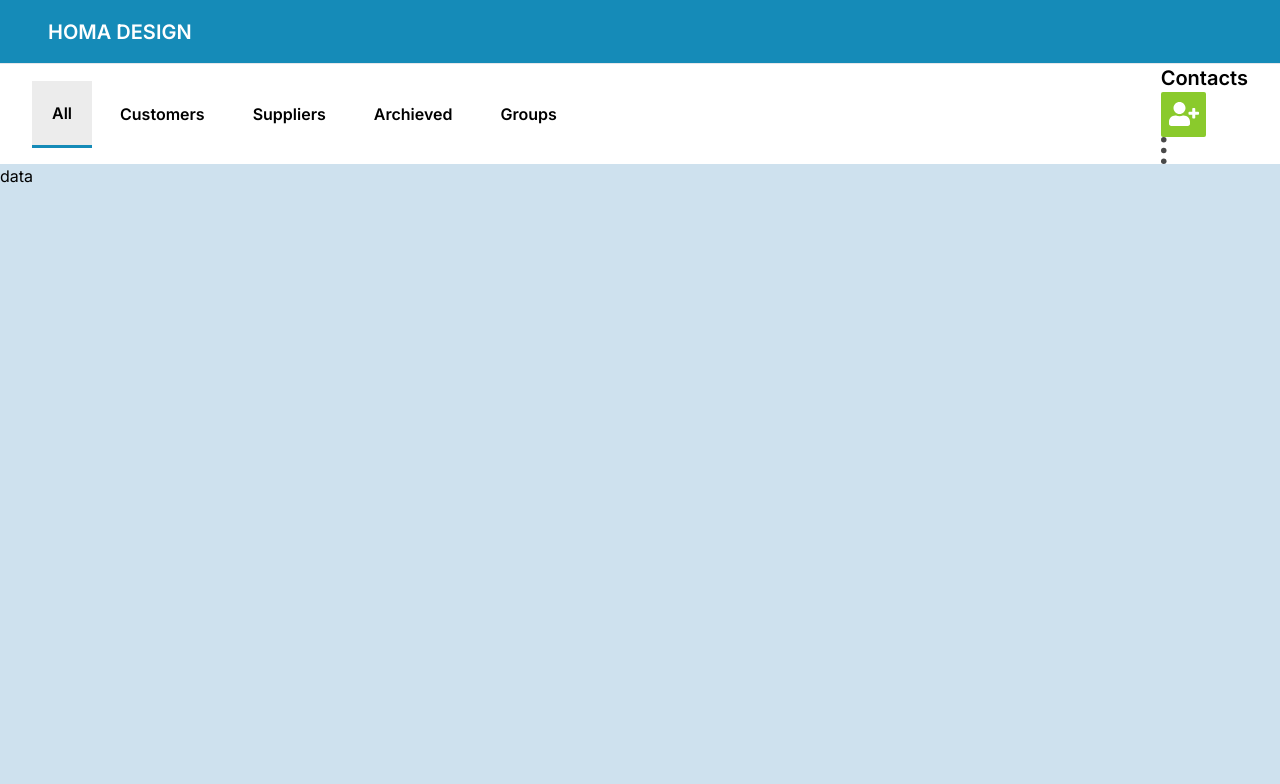
Repository: khairul35/homa-FE
Page: /contact
These files come from the project's save history. The page is drawn as it stood at one moment and after the next save; the edit follows.
The browser window is 1280 px wide. The pictures show the whole page.
The project was rebuilt for these pictures with package versions that can differ from the ones it lists, and the page was loaded fresh each time. The framework's server and built-in components were replaced by stand-ins that run in the browser. Also part of the build but not shown: next.config.js, app/components/layout/header/BusinessMenu.tsx, app/components/layout/header/CompanyMenu.tsx.

Above is the page before, as saved 2024-01-06 09:42:30.

### app/layout.tsx
import type { Metadata } from 'next'
import { Inter } from 'next/font/google'
import Header from './components/layout/Header';
import './globals.css'

const inter = Inter({ subsets: ['latin'] })

export const metadata: Metadata = {
  title: 'MyAccount2U',
  description: 'Accounting System',
}

export default function RootLayout({
  children,
}: {
  children: React.ReactNode
}) {
  return (
    <html lang="en">
      <body className={inter.className}>
        <div className='flex flex-col h-screen'>
          <Header />
          {children}
        </div>
      </body>
    </html>
  )
}

### app/contact/page.tsx
'use client';
import { useState } from 'react';
import { ComponentProps } from './index.props';
import Component from './index.component';

const Contact = () => {
    const [currentTab, setCurrentTab] = useState('all');
    const selectedStyle = {
        backgroundColor: '#ECECEC',
        borderBottom: '3px solid #158BB8',
    };

    const onClickAddContact = () => {

    }

    const componentProps: ComponentProps = {
        currentTab,
        selectedStyle,
        setCurrentTab,
        onClickAddContact
    };

    return (<Component {...componentProps} />)
};

export default Contact;

### app/components/layout/Header.tsx
'use client';

import Link from "next/link";
import BusinessMenu from "./header/BusinessMenu";
import CompanyMenu from "./header/CompanyMenu";
import OrganizationRepository from '@/api/organization';
import { useState, useEffect } from "react";
import { Organization } from "./props";
import { CompanyMenuProps } from "./header/props";

const Header = () => {
    const [organization, setOrganization] = useState<Partial<Organization>>({});
    const [organizations, setOrganizations] = useState<Organization[]>([]);

    const findMyOrganization = async () => {
        const { data } = await OrganizationRepository.findMyOrganization();
        setOrganization(data);
    };

    const findMyOrganizations = async () => {
        const { data } = await OrganizationRepository.findMyOrganizations();
        setOrganizations(data);
    };

    useEffect(() => {
        if (localStorage.getItem('isLogin') == 'true') {
            findMyOrganization();
            findMyOrganizations();
        }
    }, []);

    const companyMenuProps: CompanyMenuProps = {
        organizations,
        organization,
    };

    return (
        localStorage.getItem('isLogin') == 'true' ?
        <div
            className="navbar border-b shadow-black-200"
            style={{ backgroundColor: "#158BB8", color: "#fff" }}
        >
            <div className="navbar-start">
                <div className="dropdown">
                    <label tabIndex={0} className="btn -btn-ghost lg:hidden">
                        <svg
                            xmlns="http:www.w3.org/2000/svg"
                            className="h-5 2-5"
                            fill="none"
                            viewBox="0 0 24 24"
                            stroke="currentColor"
                        >
                            <path
                                strokeLinecap="round"
                                strokeLinejoin="round"
                                strokeWidth="2"
                                d="M4 6h16M4 12h8m-8 6h16"
                            />
                        </svg>
                    </label>
                    <ul
                        tabIndex={0}
                        className="menu menu-sm dropdown-content mt-3 z-[1] p-2 shadow bg-base-100 rounded-box w-52">
                        <li>
                            <Link href="/dashboard">Dashboard</Link>
                        </li>
                        <li>
                            <a>Parent</a>
                            <ul className="p-2">
                                <li><a>Submenu 1</a></li>
                                <li><a>Submenu 2</a></li>
                            </ul>
                        </li>
                        <li>
                            <a>Item 3</a>
                        </li>
                    </ul>
                </div>
                <div className="navbar-center hidden lg:flex">
                    <ul className="menu menu-horizontal px-1">
                        <li>
                            <Link href="/dashboard">Dashboard</Link>
                        </li>
                        <li tabIndex={0} style={{ zIndex: 2 }}>
                            <details>
                                <summary>Business</summary>
                                <BusinessMenu />
                            </details>
                        </li>
                        <li>
                            <Link href="/accounting">Accounting</Link>
                        </li>
                        <li>
                            <Link href="/contact">Contact</Link>
                        </li>
                    </ul>
                </div>
            </div>
            <div className="navbar-end">
                <a className="mr-4">
                    <svg xmlns="http://www.w3.org/2000/svg" width="20" height="20" viewBox="0 0 33 34" fill="none">
                        <path d="M16.497 14.3524C15.7961 14.3524 15.2148 13.8266 15.2148 13.1925V8.04214C15.2148 7.40801 15.7961 6.88214 16.497 6.88214C17.1978 6.88214 17.7791 7.40801 17.7791 8.04214V13.1925C17.7791 13.8421 17.1978 14.3524 16.497 14.3524Z" fill="white"/>
                        <path d="M16.5295 29.5566C12.119 29.5566 7.72562 28.9225 3.53739 27.6542C1.98177 27.1902 0.802227 26.1849 0.289383 24.9167C-0.223461 23.6484 -0.0525134 22.1945 0.785132 20.9263L2.95617 17.6473C3.43483 16.9204 3.86219 15.5594 3.86219 14.7087V11.4608C3.86219 5.13491 9.53767 0 16.5295 0C23.5213 0 29.1967 5.13491 29.1967 11.4608V14.7087C29.1967 15.5439 29.6241 16.9204 30.1028 17.6473L32.2738 20.9263C33.0773 22.1327 33.214 23.5711 32.6841 24.8857C32.1541 26.2004 30.9917 27.2057 29.5215 27.6542C25.3333 28.938 20.9399 29.5566 16.5295 29.5566ZM16.5295 2.33546C10.9565 2.33546 6.42641 6.43411 6.42641 11.4762V14.7242C6.42641 15.977 5.87938 17.7865 5.1614 18.8537L2.99036 22.1481C2.5459 22.8132 2.44333 23.5247 2.69975 24.1433C2.95617 24.762 3.53739 25.226 4.35794 25.4734C12.2215 27.8398 20.8716 27.8398 28.7352 25.4734C29.4703 25.2569 30.0344 24.762 30.2908 24.1124C30.5643 23.4628 30.4788 22.7513 30.0857 22.1481L27.9146 18.8692C27.1966 17.802 26.6496 15.9924 26.6496 14.7396V11.4917C26.6325 6.43411 22.1024 2.33546 16.5295 2.33546Z" fill="white"/>
                        <path d="M16.4942 33.5C14.665 33.5 12.8701 32.8195 11.5709 31.644C10.2717 30.4686 9.51953 28.8446 9.51953 27.1896H12.0838C12.0838 28.2414 12.5624 29.2622 13.3829 30.0046C14.2035 30.747 15.3317 31.18 16.4942 31.18C18.9216 31.18 20.9046 29.3859 20.9046 27.1896H23.4689C23.4689 30.6696 20.3405 33.5 16.4942 33.5Z" fill="white"/>
                    </svg>
                </a>
                <a className="mr-4">
                    <svg xmlns="http://www.w3.org/2000/svg" width="20" height="20" viewBox="0 0 34 36" fill="none">
                        <path d="M2 16.9625C2 8.69375 8.375 2 16.25 2" stroke="white" strokeWidth="3.17336" strokeLinecap="round" strokeLinejoin="round"/>
                        <path d="M30.502 16.9625C30.502 25.2312 24.127 31.925 16.252 31.925C10.642 31.925 5.78203 28.523 3.45703 23.5617" stroke="white" strokeWidth="3.17336" strokeLinecap="round" strokeLinejoin="round"/>
                        <path d="M20 6.72504H29" stroke="white" strokeWidth="3.17336" strokeLinecap="round" strokeLinejoin="round"/>
                        <path d="M20 11.45H24.5" stroke="white" strokeWidth="3.17336" strokeLinecap="round" strokeLinejoin="round"/>
                        <path d="M32 33.5L29 30.35" stroke="white" strokeWidth="3.17336" strokeLinecap="round" strokeLinejoin="round"/>
                    </svg>
                </a>
                <a className="mr-4">
                    <svg xmlns="http://www.w3.org/2000/svg" width="20" height="20" viewBox="0 0 34 34" fill="none">
                        <path d="M24.135 0H9.88192C3.69084 0 0 3.689 0 9.877V24.106C0 30.311 3.69084 34 9.88192 34H24.118C30.3091 34 33.9999 30.311 33.9999 24.123V9.877C34.0169 3.689 30.3261 0 24.135 0ZM27.2136 18.275H18.2841V27.2C18.2841 27.897 17.7058 28.475 17.0085 28.475C16.3111 28.475 15.7328 27.897 15.7328 27.2V18.275H6.80339C6.10604 18.275 5.52775 17.697 5.52775 17C5.52775 16.303 6.10604 15.725 6.80339 15.725H15.7328V6.8C15.7328 6.103 16.3111 5.525 17.0085 5.525C17.7058 5.525 18.2841 6.103 18.2841 6.8V15.725H27.2136C27.9109 15.725 28.4892 16.303 28.4892 17C28.4892 17.697 27.9109 18.275 27.2136 18.275Z" fill="white"/>
                    </svg>
                </a>
                <a className="mr-4">
                    <svg xmlns="http://www.w3.org/2000/svg" width="20" height="20" viewBox="0 0 49 50" fill="none">
                        <path d="M31.1171 15.8919C31.6121 16.9039 31.9046 18.0539 31.9046 19.2729C31.8821 23.3439 28.7546 26.6789 24.7946 26.7939C24.6371 26.7709 24.4346 26.7709 24.2546 26.7939C20.2946 26.6559 17.1445 23.3439 17.1445 19.2729C17.1445 15.1099 20.4296 11.7289 24.5246 11.7289" stroke="white" strokeWidth="3" strokeLinecap="round" strokeLinejoin="round"/>
                        <path d="M39.666 41.974C35.661 45.7229 30.351 47.9999 24.501 47.9999C18.6509 47.9999 13.3409 45.7229 9.33594 41.974C9.56094 39.812 10.9109 37.696 13.3184 36.04C19.4834 31.854 29.5635 31.854 35.6835 36.04C38.091 37.696 39.441 39.812 39.666 41.974Z" stroke="white" strokeWidth="3" strokeLinecap="round" strokeLinejoin="round"/>
                        <path d="M6.5 11.2C3.6875 15.0409 2 19.8249 2 24.9999C2 37.6958 12.08 47.9998 24.5 47.9998C36.92 47.9998 47 37.6958 47 24.9999C47 12.3039 36.92 2 24.5 2C21.2825 2 18.2 2.69 15.4325 3.95499" stroke="white" strokeWidth="3" strokeLinecap="round" strokeLinejoin="round"/>
                    </svg>
                </a>
                    <ul className="menu menu-horizontal px-1">
                        <li tabIndex={0} style={{ borderRadius: '5px', background: '#0E3265', zIndex: 2 }}>
                            <details>
                                <summary>
                                    {organization.name}
                                </summary>
                                <CompanyMenu {...companyMenuProps} />
                            </details>
                        </li>
                    </ul>
            </div>
        </div>
        :
        <div
            className="navbar border-b shadow-black-200"
            style={{ backgroundColor: "#158BB8", color: "#fff" }}
        >
            <h2 className="text-xl font-semibold pl-10">HOMA DESIGN</h2>
        </div>
    )
};

export default Header;

### app/contact/index.component.tsx
import { ComponentProps } from "./index.props";

const Component = (props: ComponentProps) => {
    const {
        currentTab,
        selectedStyle,
        onClickAddContact,
        setCurrentTab,
    } = props;

    return (
        (
            <main className="flex min-h-screen flex-col justify-between bg-bg-color">
                <div>
                    <div className="bg-white">
                        <div className="flex items-center justify-between px-4 sm:px-6 md:px-8">
                            <div className="flex items-center space-x-2">
                                <span
                                    className="hidden sm:inline font-semibold p-5 cursor-pointer"
                                    style={currentTab == 'all' ? selectedStyle : undefined }
                                    onClick={() => setCurrentTab('all')}
                                >
                                    All
                                </span>
                                <span
                                    className="hidden sm:inline font-semibold p-5 cursor-pointer"
                                    style={currentTab == 'customers' ? selectedStyle : undefined }
                                    onClick={() => setCurrentTab('customers')}
                                >
                                    Customers
                                </span>
                                <span
                                    className="hidden sm:inline font-semibold p-5 cursor-pointer"
                                    style={currentTab == 'suppliers' ? selectedStyle : undefined }
                                    onClick={() => setCurrentTab('suppliers')}
                                >
                                    Suppliers
                                </span>
                                <span
                                    className="hidden sm:inline font-semibold p-5 cursor-pointer"
                                    style={currentTab == 'archieved' ? selectedStyle : undefined }
                                    onClick={() => setCurrentTab('archieved')}
                                >
                                    Archieved
                                </span>
                                <span
                                    className="hidden sm:inline font-semibold p-5 cursor-pointer"
                                    style={currentTab == 'groups' ? selectedStyle : undefined }
                                    onClick={() => setCurrentTab('groups')}
                                >
                                    Groups
                                </span>
                            </div>
                            {/* <div className="w-0 flex-1 sm:w-1/2"></div> */}
                            <h2 className="hidden sm:block text-xl font-semibold">
                                Contacts
                                <svg xmlns="http://www.w3.org/2000/svg" width="45" height="45" viewBox="0 0 45 45" fill="none">
                                    <rect width="45" height="45" rx="2" fill="#8ACA2C"/>
                                    <path d="M37.25 19.75H34.25V16.75C34.25 16.3375 33.9125 16 33.5 16H32C31.5875 16 31.25 16.3375 31.25 16.75V19.75H28.25C27.8375 19.75 27.5 20.0875 27.5 20.5V22C27.5 22.4125 27.8375 22.75 28.25 22.75H31.25V25.75C31.25 26.1625 31.5875 26.5 32 26.5H33.5C33.9125 26.5 34.25 26.1625 34.25 25.75V22.75H37.25C37.6625 22.75 38 22.4125 38 22V20.5C38 20.0875 37.6625 19.75 37.25 19.75ZM18.5 22C21.8141 22 24.5 19.3141 24.5 16C24.5 12.6859 21.8141 10 18.5 10C15.1859 10 12.5 12.6859 12.5 16C12.5 19.3141 15.1859 22 18.5 22ZM22.7 23.5H21.9172C20.8766 23.9781 19.7188 24.25 18.5 24.25C17.2812 24.25 16.1281 23.9781 15.0828 23.5H14.3C10.8219 23.5 8 26.3219 8 29.8V31.75C8 32.9922 9.00781 34 10.25 34H26.75C27.9922 34 29 32.9922 29 31.75V29.8C29 26.3219 26.1781 23.5 22.7 23.5Z" fill="white"/>
                                </svg>
                                <svg xmlns="http://www.w3.org/2000/svg" width="6" height="27" viewBox="0 0 6 27" fill="none">
                                    <circle cx="2.75704" cy="2.75704" r="2.75704" fill="#494949"/>
                                    <circle cx="2.75704" cy="13.5002" r="2.75704" fill="#494949"/>
                                    <circle cx="2.75704" cy="24.2429" r="2.75704" fill="#494949"/>
                                </svg>
                            </h2>
                        </div>
                    </div>
                    <div>
                        data
                    </div>
                </div>
            </main>
        )
    )
};

export default Component;

### api/organization/index.ts
import repository from "../repository";
import { CreateOrganizationProps, UpdateOrganizationProps } from "./props";

const resource = '/api/organization';

const api = {
    findMyOrganization() {
        return repository.get(`${resource}/me`);
    },
    findMyOrganizations() {
        return repository.get(`${resource}/me/all`);
    },
    createOrganization(body: CreateOrganizationProps) {
        return repository.post(`${resource}`, body);
    },
    updateOrganization(body: UpdateOrganizationProps) {
        return repository.put(`${resource}`, body);
    },
    updateCurrentOrganization(organizationId: number) {
        return repository.put(`${resource}/current-organization/${organizationId}`);
    },
};

export default api;

### api/repository.ts
import axios from 'axios';
import AuthRepository from './auth';

const repository = axios.create({
    baseURL: 'http://localhost:3000',
});

// Request interceptor to add Bearer token to outgoing requests
repository.interceptors.request.use(
    (config) => {
        const accessToken = localStorage.getItem('accessToken');
        if (accessToken) {
            config.headers.Authorization = `Bearer ${accessToken}`;
        }
        return config;
    },
    (error) => {
        return Promise.reject(error);
    }
);

let isRefreshing = false;
let failedQueue: any = [];

// Function to refresh the session and retry failed requests
async function retryFailedRequests(error: any) {
    if (isRefreshing) {
        try {
            const { data } = await AuthRepository.refreshToken();
            localStorage.setItem('accessToken', data.accessToken);
            localStorage.setItem('refreshToken', data.refreshToken);
            localStorage.setItem('isLogin', 'true');
            failedQueue.forEach((prom: any) => {
                prom.resolve(repository(prom.originalRequest));
            });
            failedQueue = [];
        } catch (error) {
            localStorage.setItem('isLogin', 'false');
            window.location.href = '/login';
            failedQueue.forEach((prom: any) => {
                prom.reject(error);
            });
            failedQueue = [];
        } finally {
            isRefreshing = false;
        }
    }
}

// Response interceptor to handle failed requests due to expired tokens
repository.interceptors.response.use(
    (response) => response,
    async (error) => {
        const {
            config,
            response: { status },
        } = error;

        if (status === 401) {
            const originalRequest = config;
            if (!isRefreshing) {
                isRefreshing = true;
                return new Promise((resolve, reject) => {
                    failedQueue.push({ resolve, reject, originalRequest });
                    retryFailedRequests(error);
                }).then((res) => {
                    return res;
                }).catch((err) => {
                    return Promise.reject(err);
                });
            } else {
                return new Promise((resolve, reject) => {
                    failedQueue.push({ resolve, reject, originalRequest });
                }).then((res) => {
                    return res;
                }).catch((err) => {
                    return Promise.reject(err);
                });
            }
        }
        return Promise.reject(error.response);
    }
);

export default repository;

### api/auth.ts
import repository from "./repository";

const resource = "/api/auth";

const api = {
    login(username: string, password: string) {
        return repository.post(
            `${resource}/login`,
            { username, password },
        );
    },
    refreshToken() {
        return repository.post(
            `${resource}/refreshToken`,
            { refreshToken: localStorage.getItem('refreshToken') },
        );
    },
    logout() {
        return repository.post(`${resource}/logout`);
    },
    logoutAllDevice() {
        return repository.post(`${resource}/logout/all-device`);
    },
};

export default api;

### tailwind.config.ts
import type { Config } from 'tailwindcss'

const config: Config = {
  content: [
    './pages/**/*.{js,ts,jsx,tsx,mdx}',
    './components/**/*.{js,ts,jsx,tsx,mdx}',
    './app/**/*.{js,ts,jsx,tsx,mdx}',
  ],
  theme: {
    extend: {
      backgroundImage: {
        'gradient-radial': 'radial-gradient(var(--tw-gradient-stops))',
        'gradient-conic':
          'conic-gradient(from 180deg at 50% 50%, var(--tw-gradient-stops))',
      },
      backgroundColor: {
        'bg-color': '#CEE1EE', // Define a custom background color class
      },
      button: {
        'primary': '#158BB8',
      },
      fontWeight: {
        'label': '600',
      },
    },
  },
  plugins: [require("daisyui")],
  daisyui: {
    themes: [
      {
        mytheme: {
          "primary": "#158BB8",
          "secondary": "#d926a9",
          "accent": "#1fb2a6",
          "neutral": "#2a323c",
          "base-100": "#1d232a",
          "info": "#3abff8",
          "success": "#36d399",
          "warning": "#fbbd23",
          "error": "#f87272",
        },
      },
    ],
  },
}
export default config

Loaded but not shown: app/globals.css (common file)

After the next save:
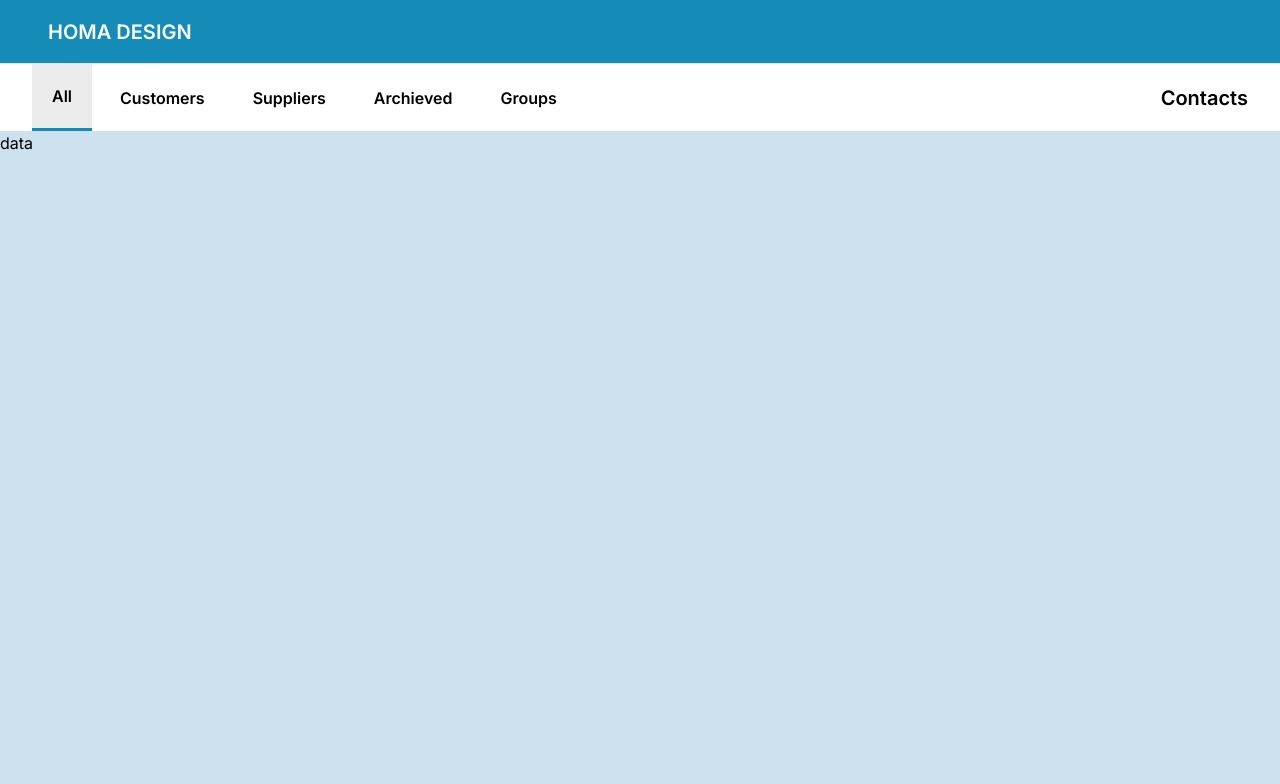
Saved 14 s later.
--- a/app/contact/index.component.tsx
+++ b/app/contact/index.component.tsx
@@ -54,7 +54,7 @@ const Component = (props: ComponentProps) => {
                             {/* <div className="w-0 flex-1 sm:w-1/2"></div> */}
                             <h2 className="hidden sm:block text-xl font-semibold">
                                 Contacts
-                                <svg xmlns="http://www.w3.org/2000/svg" width="45" height="45" viewBox="0 0 45 45" fill="none">
+                                {/* <svg xmlns="http://www.w3.org/2000/svg" width="45" height="45" viewBox="0 0 45 45" fill="none">
                                     <rect width="45" height="45" rx="2" fill="#8ACA2C"/>
                                     <path d="M37.25 19.75H34.25V16.75C34.25 16.3375 33.9125 16 33.5 16H32C31.5875 16 31.25 16.3375 31.25 16.75V19.75H28.25C27.8375 19.75 27.5 20.0875 27.5 20.5V22C27.5 22.4125 27.8375 22.75 28.25 22.75H31.25V25.75C31.25 26.1625 31.5875 26.5 32 26.5H33.5C33.9125 26.5 34.25 26.1625 34.25 25.75V22.75H37.25C37.6625 22.75 38 22.4125 38 22V20.5C38 20.0875 37.6625 19.75 37.25 19.75ZM18.5 22C21.8141 22 24.5 19.3141 24.5 16C24.5 12.6859 21.8141 10 18.5 10C15.1859 10 12.5 12.6859 12.5 16C12.5 19.3141 15.1859 22 18.5 22ZM22.7 23.5H21.9172C20.8766 23.9781 19.7188 24.25 18.5 24.25C17.2812 24.25 16.1281 23.9781 15.0828 23.5H14.3C10.8219 23.5 8 26.3219 8 29.8V31.75C8 32.9922 9.00781 34 10.25 34H26.75C27.9922 34 29 32.9922 29 31.75V29.8C29 26.3219 26.1781 23.5 22.7 23.5Z" fill="white"/>
                                 </svg>
@@ -62,7 +62,7 @@ const Component = (props: ComponentProps) => {
                                     <circle cx="2.75704" cy="2.75704" r="2.75704" fill="#494949"/>
                                     <circle cx="2.75704" cy="13.5002" r="2.75704" fill="#494949"/>
                                     <circle cx="2.75704" cy="24.2429" r="2.75704" fill="#494949"/>
-                                </svg>
+                                </svg> */}
                             </h2>
                         </div>
                     </div>
